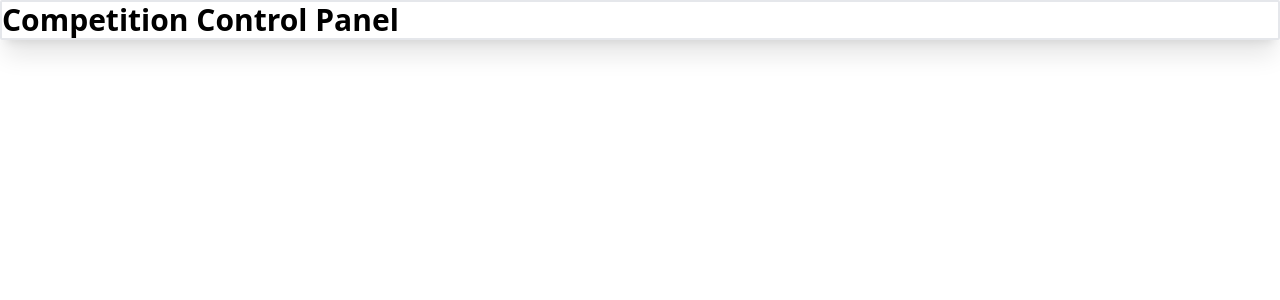
Repository: techieRahul17/blackoutscreen
Page: public/admin1.html
These files come from the project's save history. The page is drawn as it stood at one moment and after a run of saves; the edit follows.
The browser window is 1280 px wide. The pictures show the whole page.
Some web libraries are served in a nearby version.

Above is the page before, as saved 2025-08-28 19:18:54.

### public/admin1.html
<!DOCTYPE html>
<html>
<head>
    <title>Admin Page</title>
    <script src="https://cdn.tailwindcss.com"></script>
    <div>
      <div class="w- h- rounded-sm border-2 shadow-xl">
       <h1 class="text-3xl font-bold text-black">Competition Control Panel</h1>


    </div>

    </div>
</head>
<body>

</body>





</html>

After the next 2 saves:
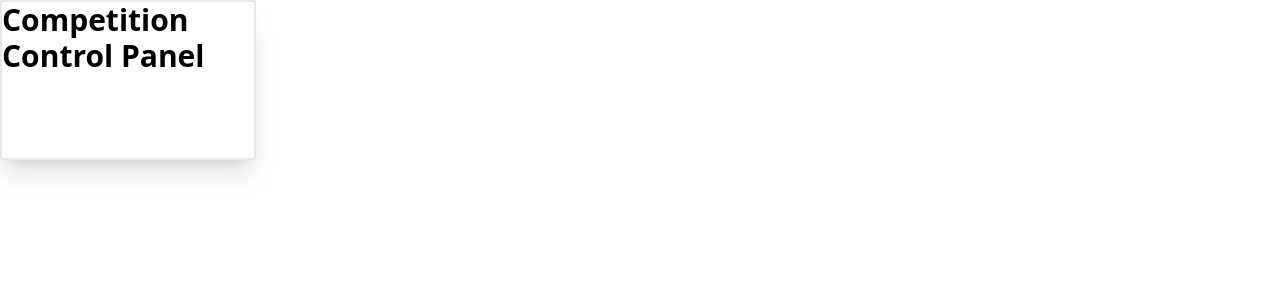
The 2 saves are shown as one change because they came seconds apart.
The last was saved 11 s later.
--- a/public/admin1.html
+++ b/public/admin1.html
@@ -4,7 +4,7 @@
     <title>Admin Page</title>
     <script src="https://cdn.tailwindcss.com"></script>
     <div>
-      <div class="w- h- rounded-sm border-2 shadow-xl">
+      <div class="w-64 h-40 rounded-sm border-2 shadow-xl">
        <h1 class="text-3xl font-bold text-black">Competition Control Panel</h1>
 
 
